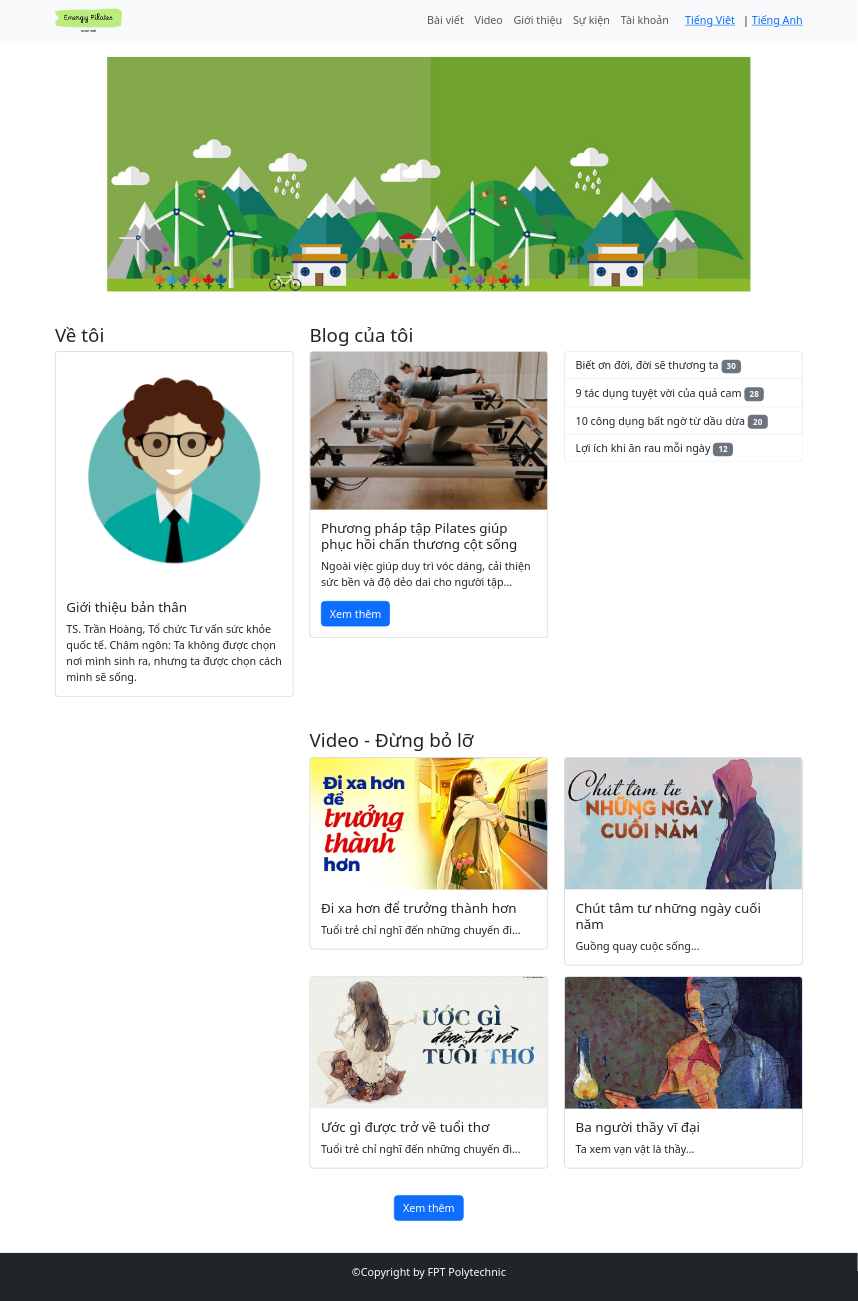
Repository: KizukoHeiwa/SOF308
Page: Lab3/index.html
An editor plug-in stored every save of this project. The page is shown before and after the next save, followed by the edit.
The browser window is 1280 px wide. The pictures show the whole page, at 67% of full size.

Above is the page before, as saved 2024-11-07 11:17:16.

### Lab3/index.html
<!DOCTYPE html>
<html lang="en">
<head>
    <meta charset="UTF-8">
    <meta name="viewport" content="width=device-width, initial-scale=1.0">
    <title>FPT Polytechnic</title>
</head>
<link href="https://cdn.jsdelivr.net/npm/bootstrap@5.3.3/dist/css/bootstrap.min.css" rel="stylesheet">
<link rel="stylesheet" href="https://cdnjs.cloudflare.com/ajax/libs/font-awesome/6.0.0-beta3/css/all.min.css">
<script src="https://cdn.jsdelivr.net/npm/bootstrap@5.3.3/dist/js/bootstrap.bundle.min.js"></script>
<body>

    <!-- Navbar -->
    <nav class="navbar navbar-expand-lg navbar-light bg-light">
      <div class="container">
        <a class="navbar-brand" href="#"><img src="images/logo-energy-pilates.png" alt="logo" width="100px"></a>
        <button class="navbar-toggler" type="button" data-bs-toggle="collapse" data-bs-target="#navbarNav" aria-controls="navbarNav" aria-expanded="false" aria-label="Toggle navigation">
          <span class="navbar-toggler-icon"></span>
        </button>
        <div class="collapse navbar-collapse" id="navbarNav">
          <ul class="navbar-nav ms-auto">
            <li class="nav-item"><a class="nav-link" href="#">Bài viết</a></li>
            <li class="nav-item"><a class="nav-link" href="#">Video</a></li>
            <li class="nav-item"><a class="nav-link" href="#">Giới thiệu</a></li>
            <li class="nav-item"><a class="nav-link" href="#">Sự kiện</a></li>
            <li class="nav-item"><a class="nav-link" href="#">Tài khoản</a></li>
          </ul>
          <div class="ms-3">
            <a href="#" class="me-2">Tiếng Việt</a> | <a href="#">Tiếng Anh</a>
          </div>
        </div>
      </div>
    </nav>

    <!-- Banner -->
    <div class="container mt-4">
      <div class="row">
        <div class="col text-center">
          <img src="images/banner1.jpg" alt="Banner" class="img-fluid" style="max-height: 400px;">
        </div>
      </div>
    </div>

    <!-- About and Blog Section -->
    <div class="container my-5">
      <div class="row">
        <div class="col-md-4">
          <h3>Về tôi</h3>
          <div class="card">
            <img src="images/avatar.png" class="card-img-top" alt="Giới thiệu bản thân">
            <div class="card-body">
              <h5 class="card-title">Giới thiệu bản thân</h5>
              <p class="card-text">TS. Trần Hoàng, Tổ chức Tư vấn sức khỏe quốc tế. Châm ngôn: Ta không được chọn nơi mình sinh ra, nhưng ta được chọn cách mình sẽ sống.</p>
            </div>
          </div>
        </div>

        <div class="col-md-8">
          <h3>Blog của tôi</h3>
          <div class="row">
            <div class="col-md-6">
              <div class="card mb-3">
                <img src="images/tap-piltes.jpg" class="card-img-top" alt="Blog">
                <div class="card-body">
                  <h5 class="card-title">Phương pháp tập Pilates giúp phục hồi chấn thương cột sống</h5>
                  <p class="card-text">Ngoài việc giúp duy trì vóc dáng, cải thiện sức bền và độ dẻo dai cho người tập...</p>
                  <a href="#" class="btn btn-primary">Xem thêm</a>
                </div>
              </div>
            </div>
            <div class="col-md-6">
              <ul class="list-group">
                <li class="list-group-item">Biết ơn đời, đời sẽ thương ta <span class="badge bg-secondary">30</span></li>
                <li class="list-group-item">9 tác dụng tuyệt vời của quả cam <span class="badge bg-secondary">28</span></li>
                <li class="list-group-item">10 công dụng bất ngờ từ dầu dừa <span class="badge bg-secondary">20</span></li>
                <li class="list-group-item">Lợi ích khi ăn rau mỗi ngày <span class="badge bg-secondary">12</span></li>
              </ul>
            </div>
          </div>
        </div>
      </div>
    </div>

    <!-- Video Section -->
    <div class="container my-5">
      <div class="row">
        <div class="col-4">

        </div>
        <div class="col-8">
            <div class="row">
                <h3>Video - Đừng bỏ lỡ</h3>
                <div class="col-md-6 mb-3">
                  <div class="card">
                    <img src="images/video1.jpg" class="card-img-top" alt="Video 1">
                    <div class="card-body">
                      <h5 class="card-title">Đi xa hơn để trưởng thành hơn</h5>
                      <p class="card-text">Tuổi trẻ chỉ nghĩ đến những chuyến đi...</p>
                    </div>
                  </div>
                </div>
                <div class="col-md-6 mb-3">
                  <div class="card">
                    <img src="images/video2.jpg" class="card-img-top" alt="Video 2">
                    <div class="card-body">
                      <h5 class="card-title">Chút tâm tư những ngày cuối năm</h5>
                      <p class="card-text">Guồng quay cuộc sống...</p>
                    </div>
                  </div>
                </div>
                <div class="col-md-6 mb-3">
                  <div class="card">
                    <img src="images/video3.jpg" class="card-img-top" alt="Video 3">
                    <div class="card-body">
                      <h5 class="card-title">Ước gì được trở về tuổi thơ</h5>
                      <p class="card-text">Tuổi trẻ chỉ nghĩ đến những chuyến đi...</p>
                    </div>
                  </div>
                </div>
                <div class="col-md-6 mb-3">
                  <div class="card">
                    <img src="images/video4.jpg" class="card-img-top" alt="Video 4">
                    <div class="card-body">
                      <h5 class="card-title">Ba người thầy vĩ đại</h5>
                      <p class="card-text">Ta xem vạn vật là thầy...</p>
                    </div>
                  </div>
                </div>
            </div>
        </div>
      </div>
      <div class="text-center mt-4">
        <a href="#" class="btn btn-primary">Xem thêm</a>
      </div>
    </div>

    <!-- Footer -->
    <footer class="bg-dark text-white text-center py-3">
      <div class="container">
        <p>&copy;Copyright by FPT Polytechnic</p>
      </div>
    </footer>

    <script src="https://cdn.jsdelivr.net/npm/bootstrap@5.0.2/dist/js/bootstrap.bundle.min.js"></script>
    </body>
</html>

After the next save:
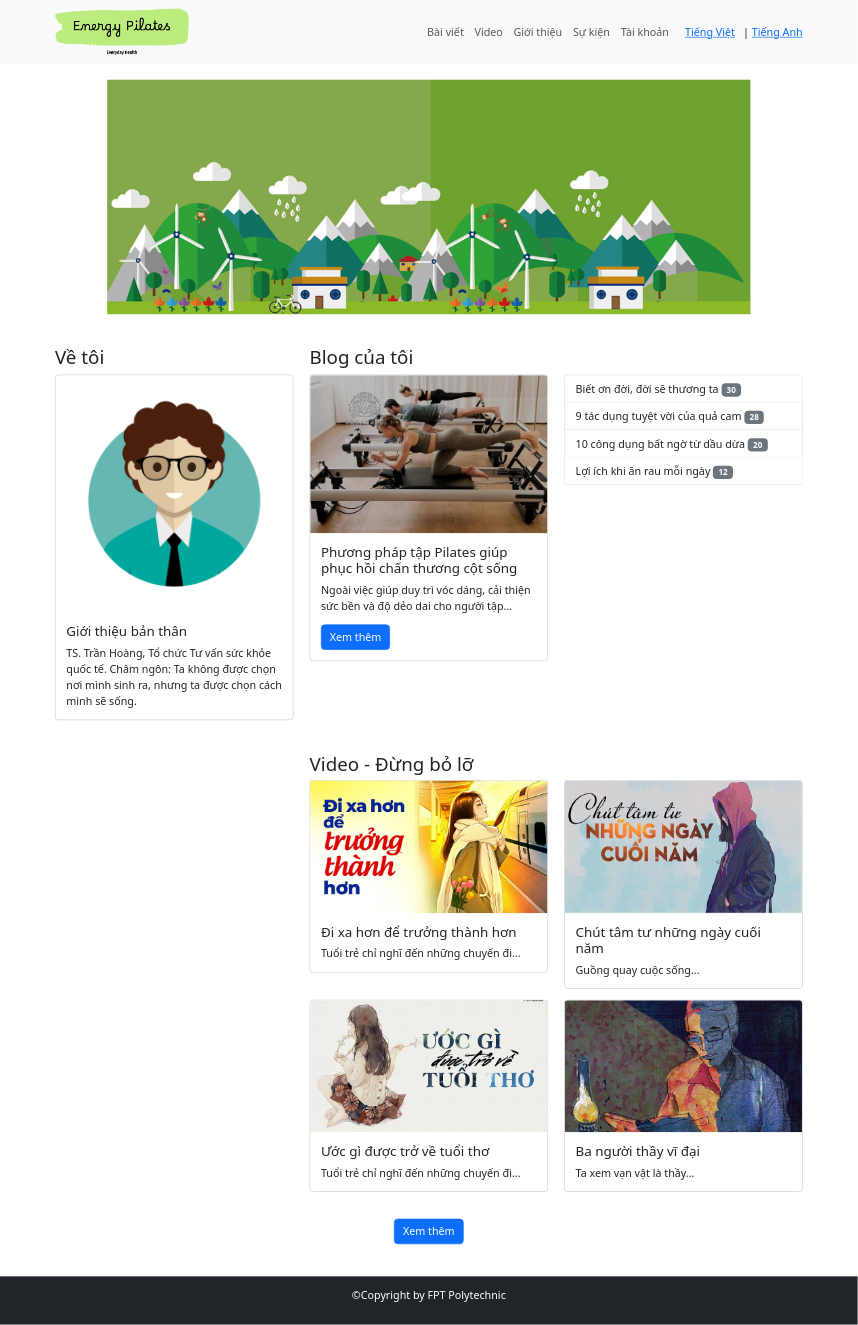
Saved 4 s later.
--- a/Lab3/index.html
+++ b/Lab3/index.html
@@ -13,7 +13,7 @@
     <!-- Navbar -->
     <nav class="navbar navbar-expand-lg navbar-light bg-light">
       <div class="container">
-        <a class="navbar-brand" href="#"><img src="images/logo-energy-pilates.png" alt="logo" width="100px"></a>
+        <a class="navbar-brand" href="#"><img src="images/logo-energy-pilates.png" alt="logo" width="200px"></a>
         <button class="navbar-toggler" type="button" data-bs-toggle="collapse" data-bs-target="#navbarNav" aria-controls="navbarNav" aria-expanded="false" aria-label="Toggle navigation">
           <span class="navbar-toggler-icon"></span>
         </button>
